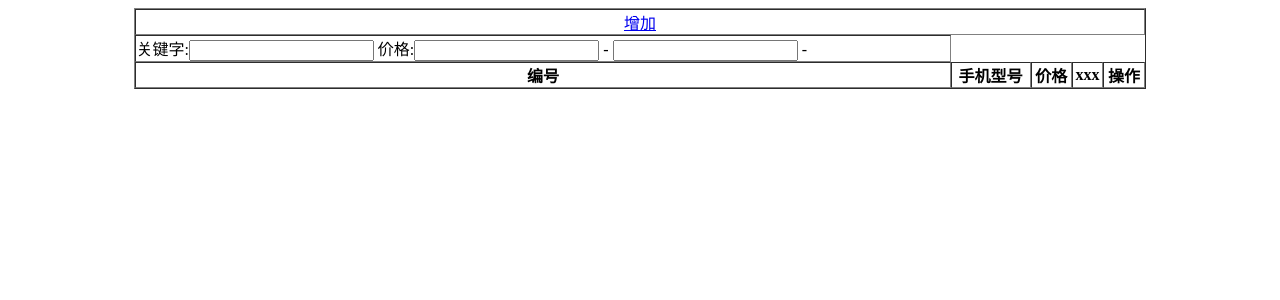
Repository: qyl1006/JavaCode
Page: http://localhost/task02/product
The author's editor kept a copy of each file at every save. The page is drawn from the files as they stood at one save, then again after the next save.
The browser window is 1280 px wide. The pictures show the whole page.
The page is served by Tomcat 9. Queries for data that is not in the repository find no rows.

Above is the page before, as saved 2018-03-15 04:42:01.

After the next save:
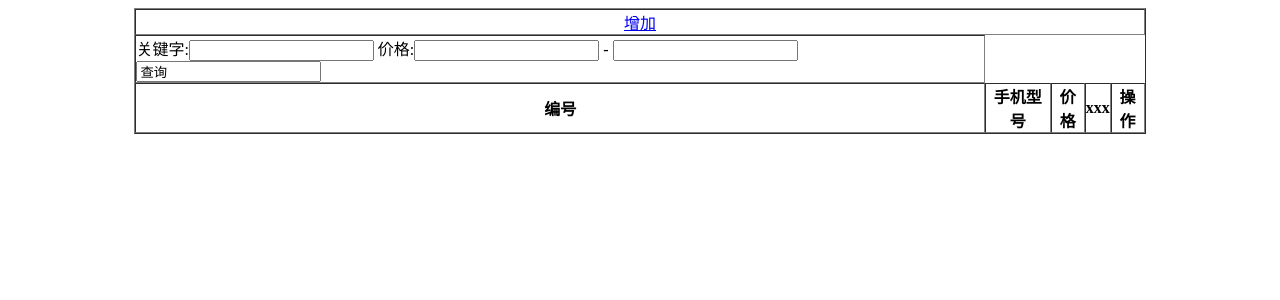
Saved 21 s later.
--- a/workspace/task02/webapp/WEB-INF/views/product/list.jsp
+++ b/workspace/task02/webapp/WEB-INF/views/product/list.jsp
@@ -20,7 +20,8 @@
 			<td>
 				关键字:<input type="text" name="keyWord" value="${qo.keyWord}"/>
 				价格:<input type="number" name="minPrice" valus="${qo.minPrice}"/> -
-					<input type="number" name="maxPrice" valus="${qo.maxPrice}"/> -
+					<input type="number" name="maxPrice" valus="${qo.maxPrice}"/>
+					<input type="text" value="查询"/>
 			</td>
 		</tr>
 		<tr align="center">
